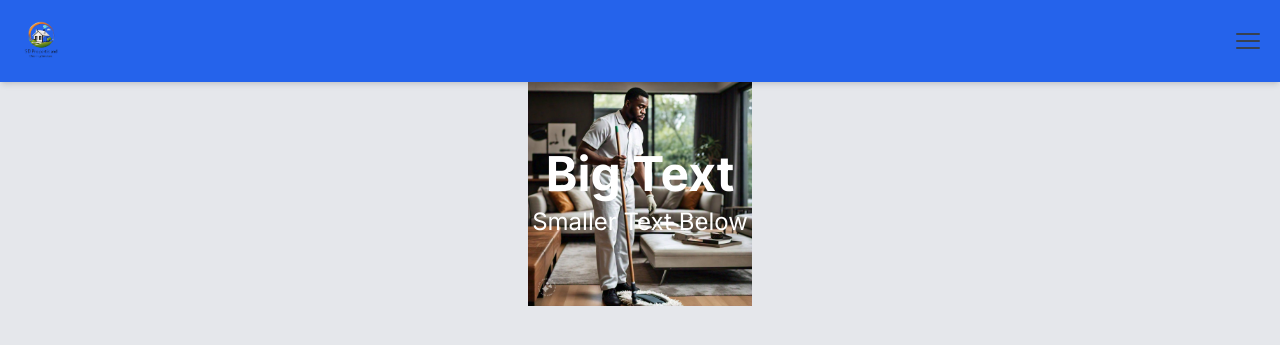
Repository: devmskhan/sdpropandclean
Page: /
These files come from the project's save history. The page is drawn as it stood at one moment and after a run of saves; the edit follows.
The browser window is 1280 px wide. The pictures show the whole page.
The project was rebuilt for these pictures with package versions that can differ from the ones it lists, and the page was loaded fresh each time. The framework's server and built-in components were replaced by stand-ins that run in the browser. Also part of the build but not shown: next.config.mjs.

Above is the page before, as saved 2024-09-02 14:53:18.

After the next 5 saves:
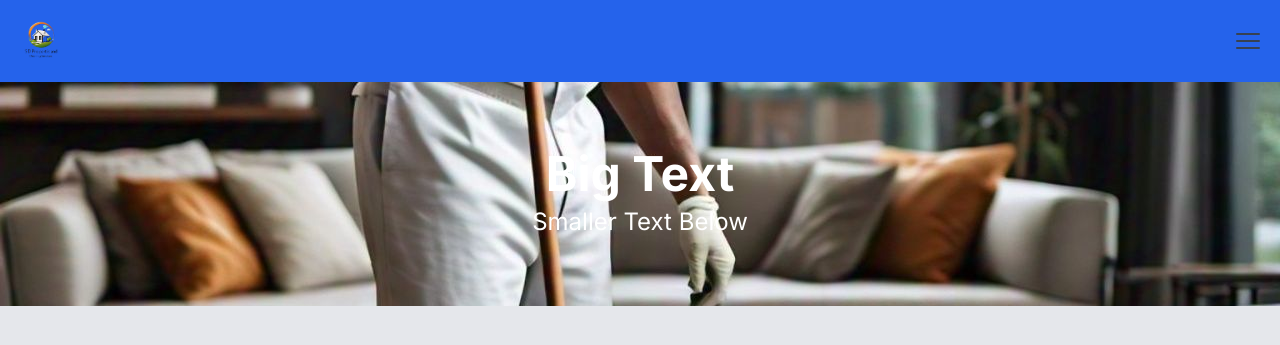
The 5 saves are shown as one change because they came seconds apart.
The last was saved 66 s later.
--- a/components/Body.tsx
+++ b/components/Body.tsx
@@ -3,7 +3,7 @@
 
 function Body() {
     return (
-        <div className="relative w-full h-56 bg-no-repeat bg-contain bg-center text-white"
+        <div className="relative w-full h-56 bg-cover bg-center text-white"
          style={{ backgroundImage: 'url("/pic1.jpg")' }}>
       <div className="absolute inset-0 flex flex-col justify-center items-center text-center">
         {/* Larger Text */}
